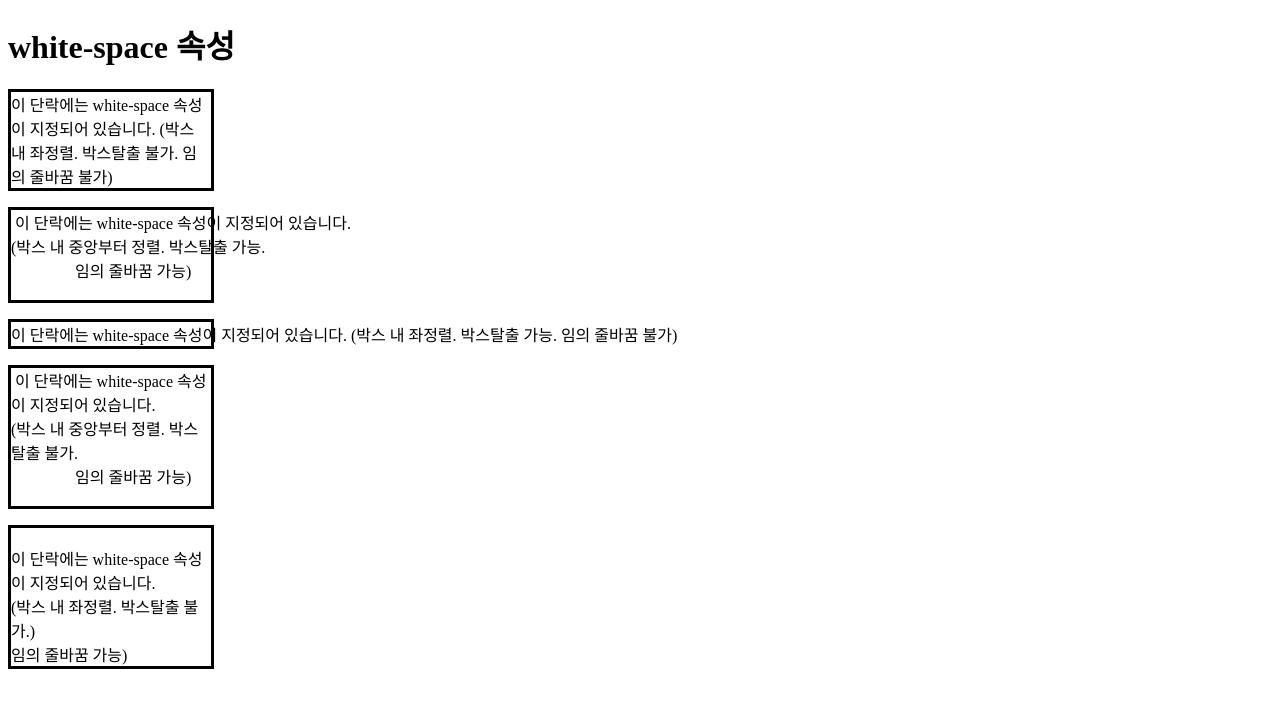
Repository: cussip/SuperHands
Page: WebExam/src/main/webapp/css/fonts/text/white-space.html
The author's editor kept a copy of each file at every save. The page is drawn from the files as they stood at one save, then again after a run of saves.
The browser window is 1280 px wide. The pictures show the whole page.

Above is the page before, as saved 2022-01-31 05:05:59.

### WebExam/src/main/webapp/css/fonts/text/white-space.html
<!DOCTYPE html>
<html>
<head>
	<meta charset="UTF-8">
	<title>white-space.html</title>
	<style>
		p {
			width : 	200px ;
			border :	3px solid #000 ;
		}
		.normal 	{ white-space : normal ; }
		.pre 		{ white-space : pre ; }
		.nowrap 	{ white-space : nowrap ; }
		.pre-wrap 	{ white-space : pre-wrap ; }
		.pre-line 	{ white-space : pre-line ; }
	</style>
</head>
<body>
	<!-- 텍스트의 공백과 줄바꿈의 처리 방법을 지정한다. -->
	<h1>white-space 속성</h1>
	<p class="normal">
		이 단락에는 white-space 속성이 지정되어 있습니다.
		(박스 내 좌정렬. 박스탈출 불가.
		임의 줄바꿈 불가)
	</p>
	<p class="pre"> 이 단락에는 white-space 속성이 지정되어 있습니다.
(박스 내 중앙부터 정렬. 박스탈출 가능.
		임의 줄바꿈 가능)
	</p>
	<p class="nowrap"> 이 단락에는      white-space     속성이 지정되어 있습니다.
		(박스 내 좌정렬. 박스탈출 가능.
		임의 줄바꿈 불가)
	</p>
	<p class="pre-wrap"> 이 단락에는 white-space 속성이 지정되어 있습니다.
(박스 내 중앙부터 정렬. 박스탈출 불가.
		임의 줄바꿈 가능)
	</p>
	<p class="pre-line">
		이 단락에는 white-space 속성이 지정되어 있습니다.
		(박스 내 좌정렬. 박스탈출 불가.)
		임의 줄바꿈 가능)
	</p>
</body>
</html>

After the next 2 saves:
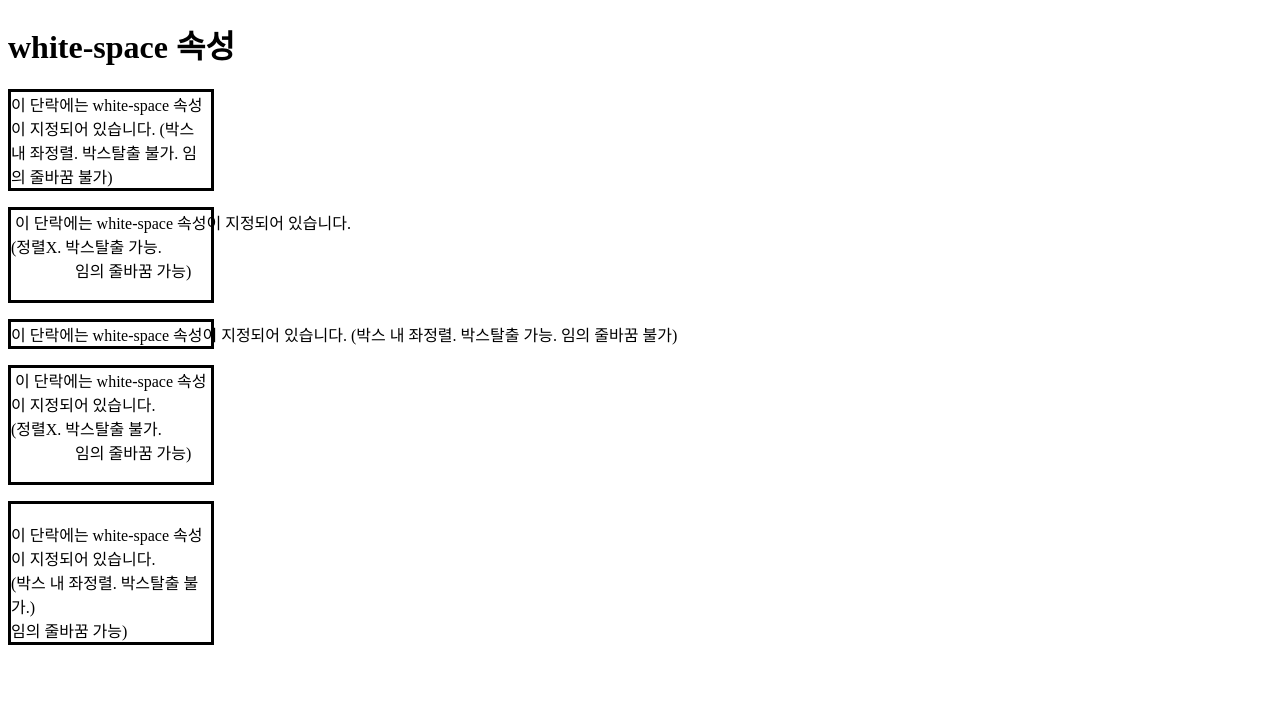
The 2 saves are shown as one change because they came seconds apart.
The last was saved 30 s later.
--- a/WebExam/src/main/webapp/css/fonts/text/white-space.html
+++ b/WebExam/src/main/webapp/css/fonts/text/white-space.html
@@ -24,7 +24,7 @@
 		임의 줄바꿈 불가)
 	</p>
 	<p class="pre"> 이 단락에는 white-space 속성이 지정되어 있습니다.
-(박스 내 중앙부터 정렬. 박스탈출 가능.
+(정렬X. 박스탈출 가능.
 		임의 줄바꿈 가능)
 	</p>
 	<p class="nowrap"> 이 단락에는      white-space     속성이 지정되어 있습니다.
@@ -32,7 +32,7 @@
 		임의 줄바꿈 불가)
 	</p>
 	<p class="pre-wrap"> 이 단락에는 white-space 속성이 지정되어 있습니다.
-(박스 내 중앙부터 정렬. 박스탈출 불가.
+(정렬X. 박스탈출 불가.
 		임의 줄바꿈 가능)
 	</p>
 	<p class="pre-line">
